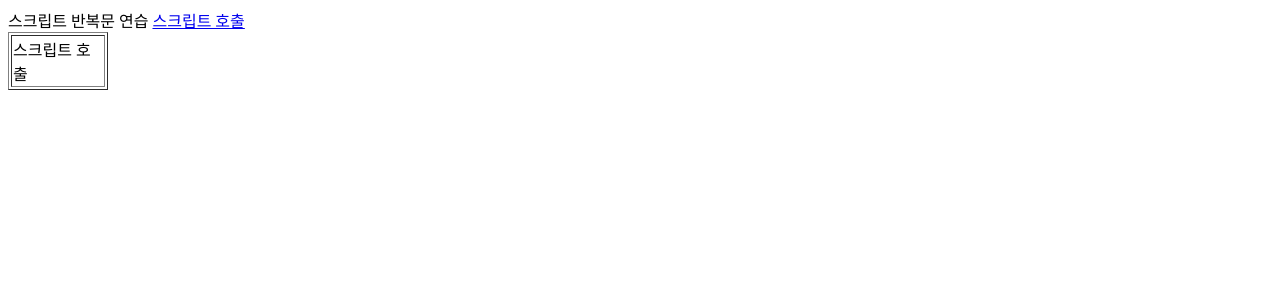
Repository: Won-Hyuk-Lee/kosta_java
Page: http://localhost/web_prj/lec_script2.jsp
These files come from the project's save history. The page is drawn as it stood at one moment and after the next save; the edit follows.
The browser window is 1280 px wide. The pictures show the whole page.
The page is served by Tomcat 9. Nobody is signed in. The application's start-up code is not run.

Above is the page before, as saved 2024-05-28 03:53:38.

After the next save:
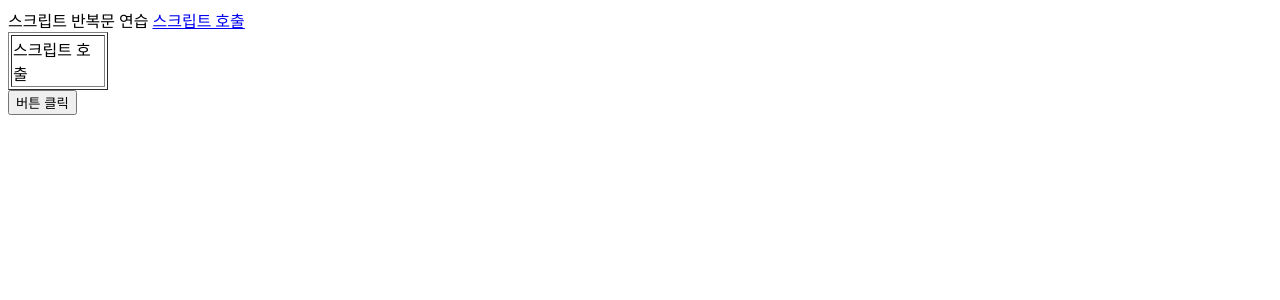
Saved 86 s later.
--- a/web_prj/src/main/webapp/lec_script2.jsp
+++ b/web_prj/src/main/webapp/lec_script2.jsp
@@ -47,9 +47,7 @@ arr3.forEach(function(val, idx){
 		});
 	});
 
-	$("#AjaxBtn").click(  function(){
-		myprint2("호출요");
-	});
+
 
 function myprint(prm){
 	console.log("myprint()호출 " + prm);
@@ -58,6 +56,10 @@ function myprint(prm){
 function myprint2(prm){
 	confirm("myprint()호출 " + prm);
 }
+
+$("#myBtn").click(  function(){
+	myprint2("호출요");
+});
 </script>
 
 </head>
@@ -66,6 +68,6 @@ function myprint2(prm){
 
 <a href="#" onClick="myprint2('test');">스크립트 호출</a>
 <table border=1 width=100><tr><td style="cursor:pointer" onClick="myprint2('test');">스크립트 호출</td></tr></table>
-
+<input type="button" id="myBtn" value="버튼 클릭">
 </body>
 </html>
